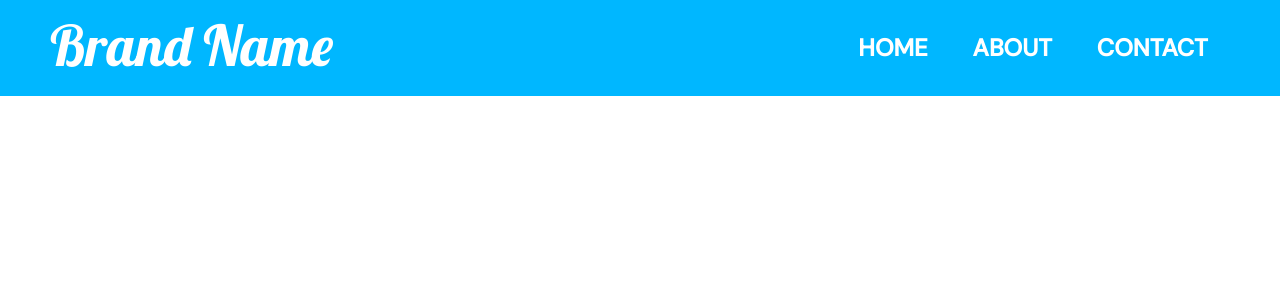
Repository: Jrap-bit/PeriodofSharing
Page: index.html
The author's editor kept a copy of each file at every save. The page is drawn from the files as they stood at one save, then again after the next save.
The browser window is 1280 px wide. The pictures show the whole page.

Above is the page before, as saved 2022-01-13 21:24:23.

After the next save:
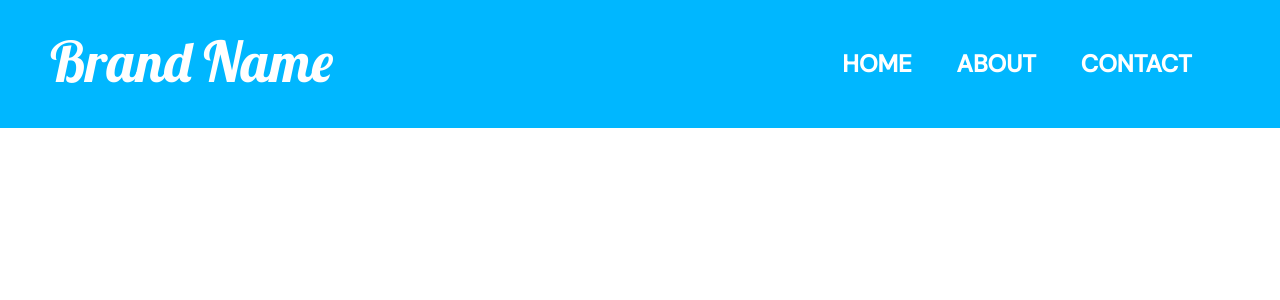
Saved 26 s later.
--- a/style.css
+++ b/style.css
@@ -34,7 +34,7 @@ html{
 
 .navbar-links ul{
     margin: 10px 50px 10px 50px;
-    padding: 0;
+    padding: 1rem;
     display: flex;
 }
 

After the save that followed:
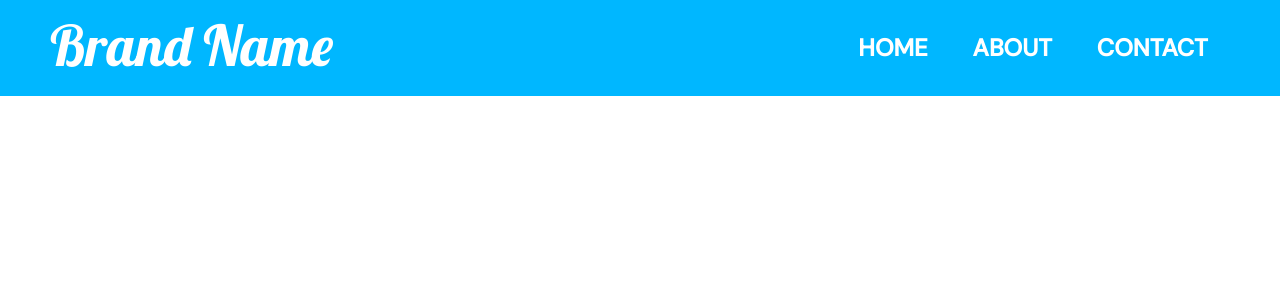
Saved 7 s later.
--- a/style.css
+++ b/style.css
@@ -34,7 +34,6 @@ html{
 
 .navbar-links ul{
     margin: 10px 50px 10px 50px;
-    padding: 1rem;
     display: flex;
 }
 
